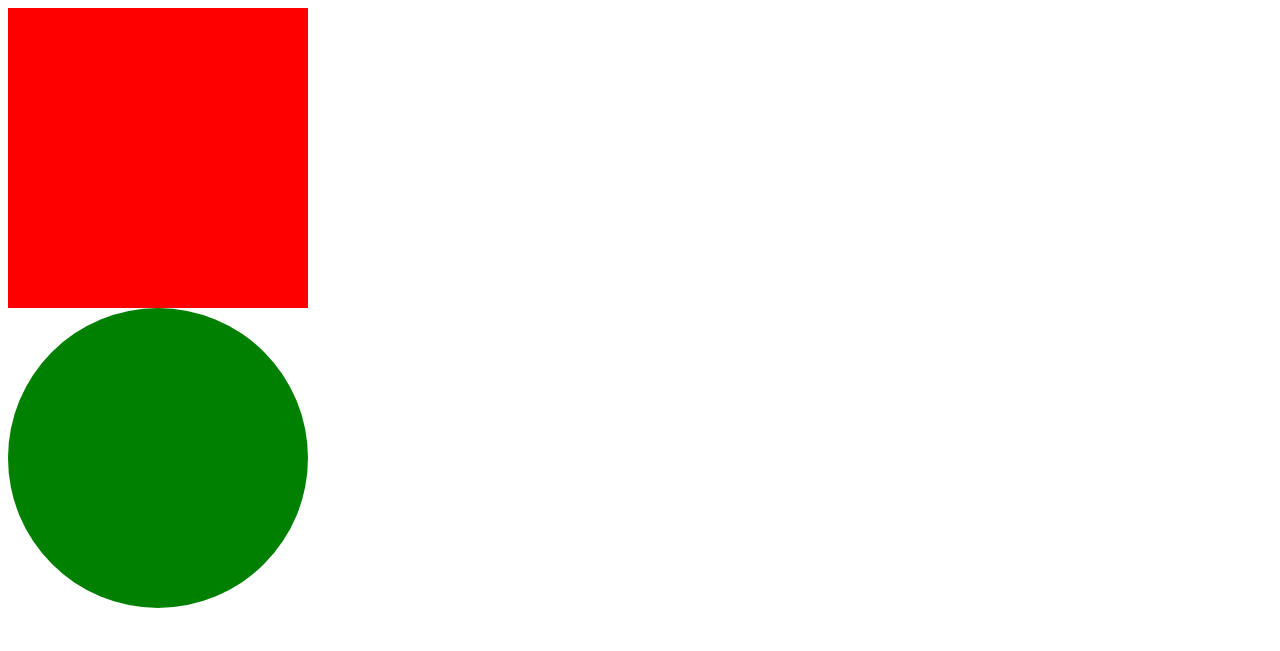
Repository: RagulRanjeeth/Frontend
Page: Exercises/ContainerExercis.html
The author's editor kept a copy of each file at every save. The page is drawn from the files as they stood at one save, then again after the next save.
The browser window is 1280 px wide. The pictures show the whole page.

Above is the page before, as saved 2026-01-23 12:38:54.

### Exercises/ContainerExercis.html
<!DOCTYPE html>
<html>
    <head>
        <title>Containers Exercise</title>
    </head>
    <Style>
        .Square{
            background-color: red;
            height:300px;
            width: 300px;
            /* display: inline-block; */
        }

        .Circle{
            background-color:green;
            height:300px;
            width: 300px;
            border-radius: 150px;
            display: inline-block;

        }
    </Style>
    <body>
        <div class="Square">

        </div>

        <div class="Circle">

        </div>
    </body>
</html>

After the next save:
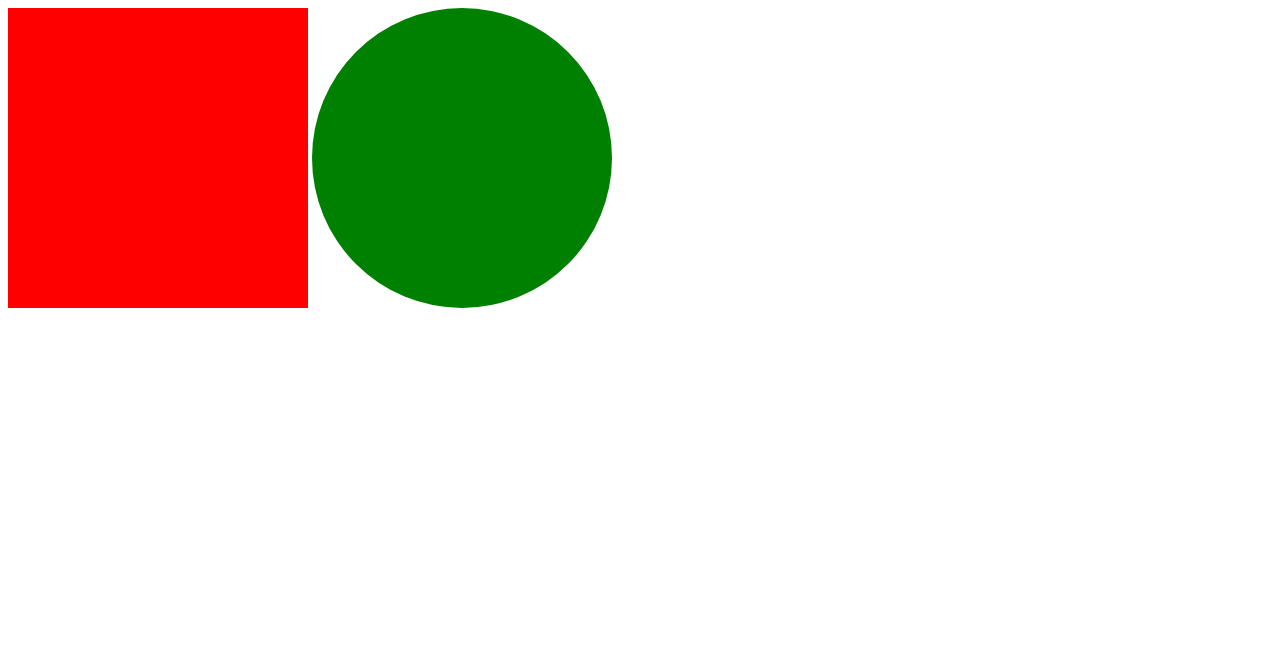
Saved 4 s later.
--- a/Exercises/ContainerExercis.html
+++ b/Exercises/ContainerExercis.html
@@ -8,7 +8,7 @@
             background-color: red;
             height:300px;
             width: 300px;
-            /* display: inline-block; */
+            display: inline-block;
         }
 
         .Circle{

After the save that followed:
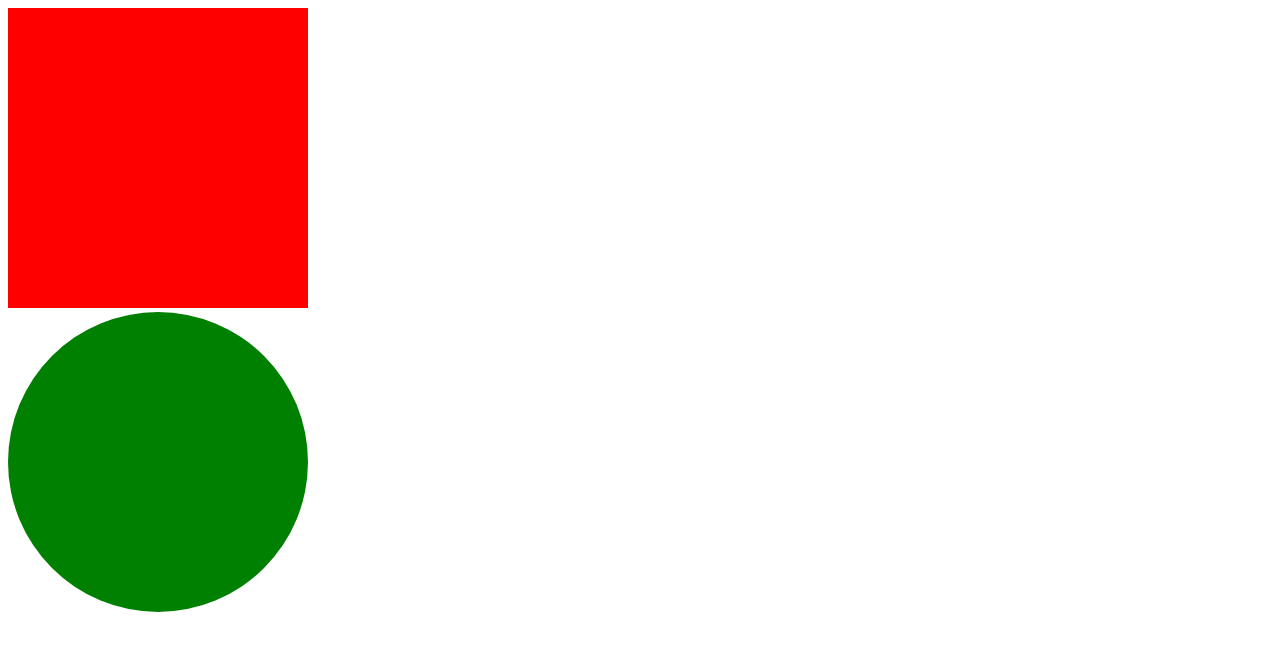
Saved 5 s later.
--- a/Exercises/ContainerExercis.html
+++ b/Exercises/ContainerExercis.html
@@ -16,7 +16,7 @@
             height:300px;
             width: 300px;
             border-radius: 150px;
-            display: inline-block;
+            /* display: inline-block; */
 
         }
     </Style>
